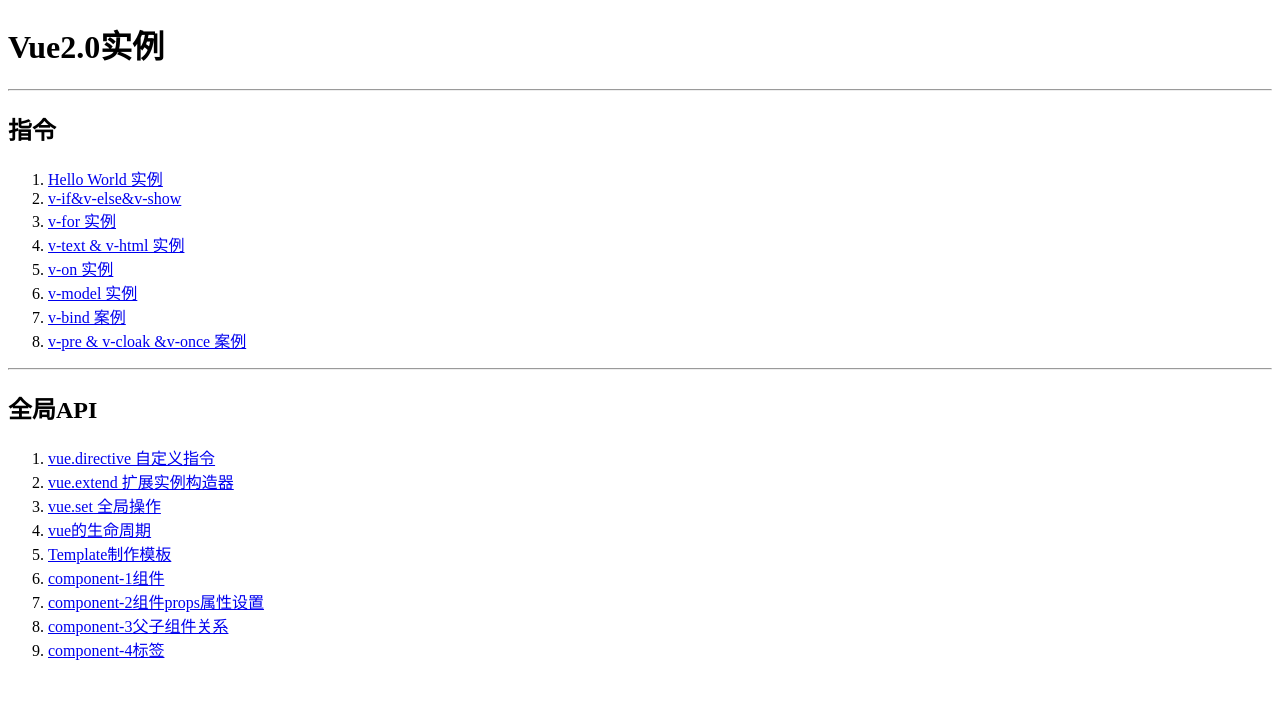
Repository: 13982720426/vue2.0-LearningNotes
Page: index.html
These files come from the project's save history. The page is drawn as it stood at one moment and after the next save; the edit follows.
The browser window is 1280 px wide. The pictures show the whole page.

Above is the page before, as saved 2021-06-24 22:18:25.

After the next save:
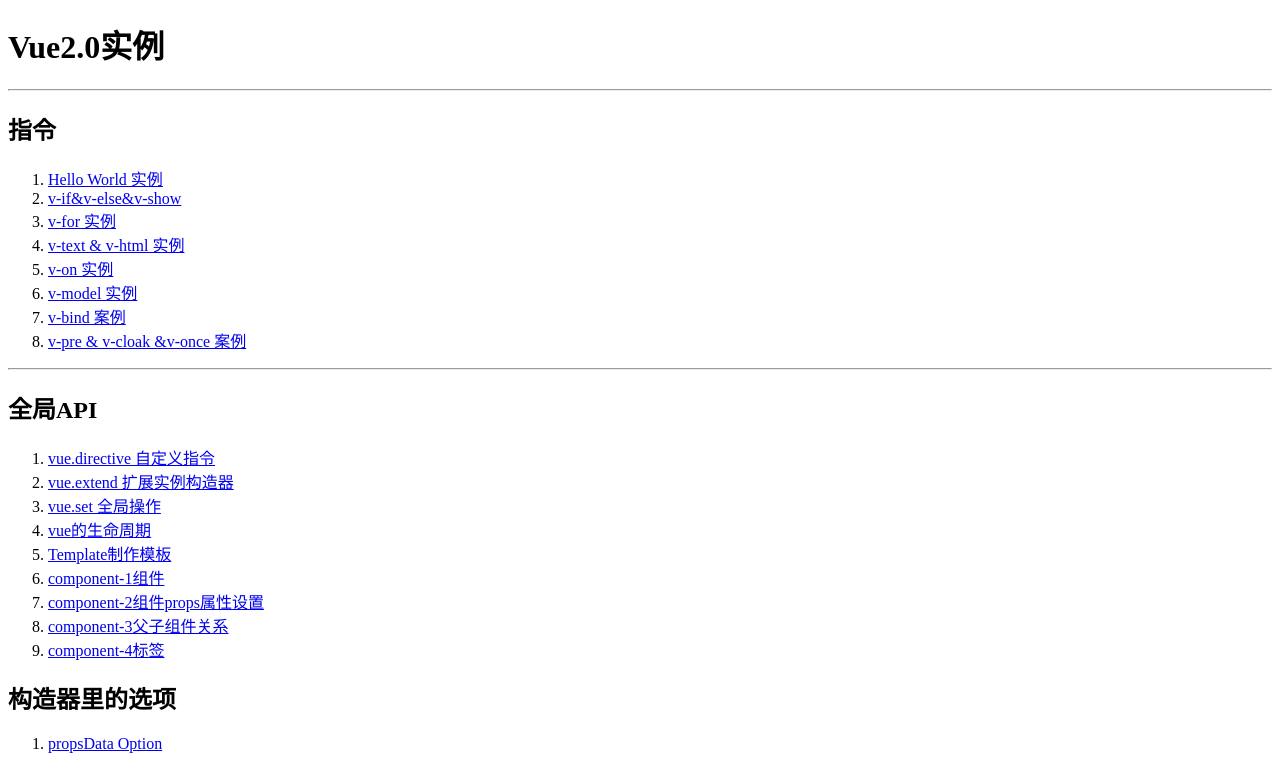
Saved 20 h 56 min later.
--- a/index.html
+++ b/index.html
@@ -34,5 +34,10 @@
       <li><a href="./example/component-3.html">component-3父子组件关系</a></li>
       <li><a href="./example/component-4.html">component-4标签</a></li>
     </ol>
+
+    <h2>构造器里的选项</h2>
+    <ol>
+      <li><a href="./example/porpsData.html">propsData Option</a></li>
+    </ol>
   </body>
 </html>
